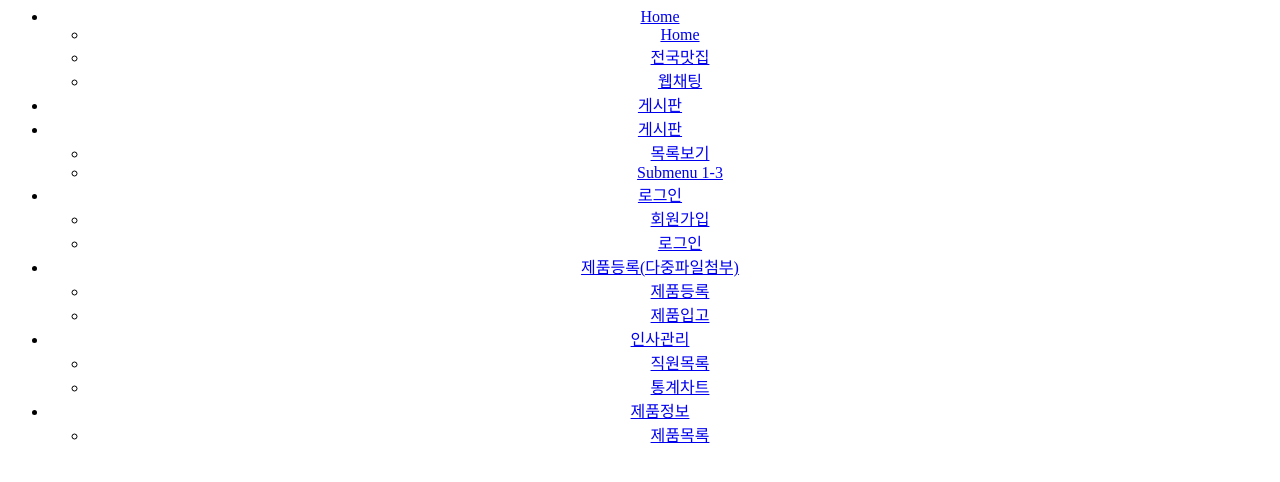
Repository: sser98/bowtech
Page: http://localhost/Board/WEB-INF/tiles/tile1/header.jsp
These files come from the project's save history. The page is drawn as it stood at one moment and after the next save; the edit follows.
The browser window is 1280 px wide. The pictures show the whole page.
The page is served by Tomcat 9. Nobody is signed in. Other server files are loaded and not shown. The template is opened directly, without the code that normally fills it, so the values that code supplies are empty.

Above is the page before, as saved 2021-02-03 17:48:35.

### Board/src/main/webapp/WEB-INF/tiles/tile1/header.jsp
<%@ page language="java" contentType="text/html; charset=UTF-8"
    pageEncoding="UTF-8"%>

<%@ page import="java.net.InetAddress"%>

<%@ taglib prefix="c" uri="http://java.sun.com/jsp/jstl/core" %>

<%-- ======= #27. tile1 중 header 페이지 만들기 (#26.번은 없다 샘이 장난침.) ======= --%>
<%
	String ctxPath = request.getContextPath();

	// === #172. (웹채팅관련3) ===
	// === 서버 IP 주소 알아오기(사용중인 IP주소가 유동IP 이라면 IP주소를 알아와야 한다.) ===
	InetAddress inet = InetAddress.getLocalHost();
	String serverIP = inet.getHostAddress();

 // System.out.println("serverIP : " + serverIP);
 // serverIP : 211.238.142.72

	// String serverIP = "211.238.142.72"; 만약에 사용중인 IP주소가 고정IP 이라면 IP주소를 직접입력해주면 된다.

	// === 서버 포트번호 알아오기   ===
	int portnumber = request.getServerPort();
 // System.out.println("portnumber : " + portnumber);
 // portnumber : 9090

	String serverName = "http://"+serverIP+":"+portnumber;
 // System.out.println("serverName : " + serverName);
 // serverName : http://211.238.142.72:9090
%>
<div align="center">
	<ul class="nav nav-tabs mynav">
		<li class="dropdown"><a class="dropdown-toggle"
			data-toggle="dropdown" href="#">Home <span class="caret"></span></a>
			<ul class="dropdown-menu">
				<li><a href="<%=ctxPath%>/index.action">Home</a></li>
				<li><a href="<%=ctxPath%>/deliciousStore.action">전국맛집</a></li>
				<li><a href="<%= serverName%><%=ctxPath%>/chatting/multichat.action">웹채팅</a></li>
			</ul></li>
		<li><a href="<%=ctxPath%>/list.action">게시판</a></li>
 		<li class="dropdown"><a class="dropdown-toggle"
			data-toggle="dropdown" href="#">게시판 <span class="caret"></span></a>
			<ul class="dropdown-menu">
				<li><a href="<%=ctxPath%>/list.action">목록보기</a></li>

		   <c:if test="${not empty sessionScope.loginuser}">
				<li><a href="<%=ctxPath%>/add.action">글쓰기</a></li>
		   	</c:if>

				<li><a href="#">Submenu 1-3</a></li>
			</ul></li>
		<li class="dropdown"><a class="dropdown-toggle"
			data-toggle="dropdown" href="#">로그인 <span class="caret"></span></a>
			<ul class="dropdown-menu">
				<c:if test="${empty sessionScope.loginuser}">
				<li><a href="#">회원가입</a></li>
				<li><a href="<%=ctxPath%>/login.action">로그인</a></li>
				</c:if>

				<c:if test="${not empty sessionScope.loginuser}">
				<li><a href="<%=ctxPath%>/myinfo.action">나의정보</a></li>
				<li><a href="<%=ctxPath%>/logout.action">로그아웃</a></li>
				</c:if>
			</ul></li>

		<!-- === #169. 제품등록(다중파일첨부)및 제품정보 메뉴 추가하기 === -->
   <%-- <c:if test="${sessionScope.loginuser.gradelevel == 10 }">  --%>
		<li class="dropdown"><a class="dropdown-toggle"
			data-toggle="dropdown" href="#">제품등록(다중파일첨부) <span class="caret"></span></a>
			<ul class="dropdown-menu">
			    <li><a href="<%=ctxPath%>/product/addProduct.action">제품등록</a></li>
				<li><a href="<%=ctxPath%>/product/storeProduct.action">제품입고</a></li>
			</ul></li>
   <%-- </c:if>   --%>

		<li class="dropdown"><a class="dropdown-toggle"
			data-toggle="dropdown" href="#">인사관리 <span class="caret"></span></a>
			<ul class="dropdown-menu">
				<li><a href="<%=ctxPath%>/emp/empList.action">직원목록</a></li>
				<li><a href="<%=ctxPath%>/emp/chart.action">통계차트</a></li>
			</ul>
		</li>

		<li class="dropdown"><a class="dropdown-toggle"
			data-toggle="dropdown" href="#">제품정보 <span class="caret"></span></a>
			<ul class="dropdown-menu">
				<li><a href="<%=ctxPath%>/product/listProduct.action">제품목록</a></li>
			</ul>
		</li>


	<!-- === #49. 로그인이 성공되어지면 로그인되어진 사용자의 이메일 주소를 출력하기 === -->
	<c:if test="${not empty sessionScope.loginuser}">
		<div style="float: right; margin-top: 0.5%; border: solid 0px red;">
		  <span style="color: navy; font-weight: bold; font-size: 10pt;">${sessionScope.loginuser.email}</span> 님 로그인중..
		</div>
	</c:if>

	</ul>
</div>

After the next save:
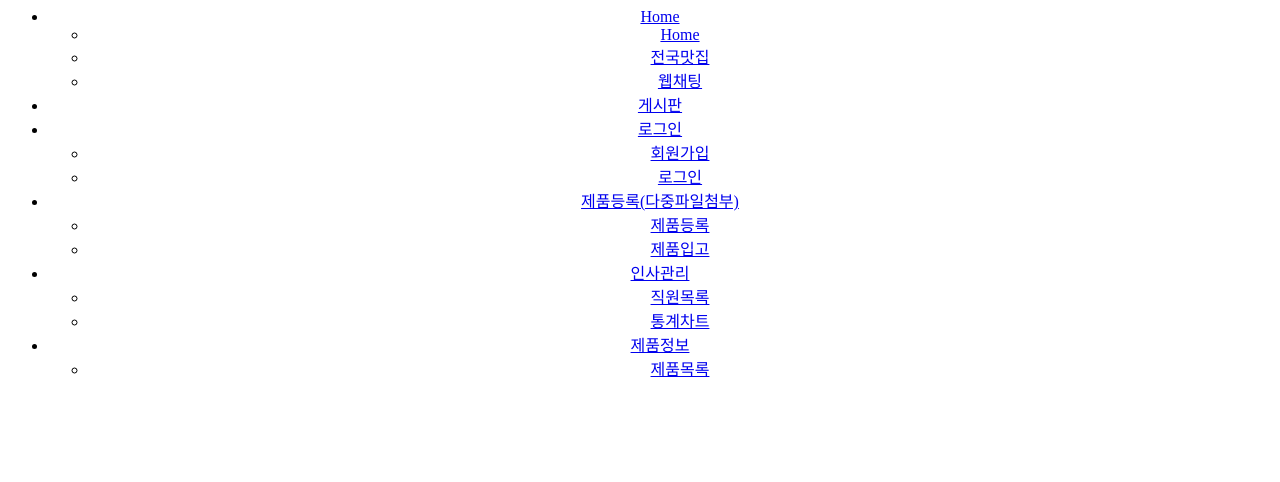
Saved 40 s later.
--- a/Board/src/main/webapp/WEB-INF/tiles/tile1/header.jsp
+++ b/Board/src/main/webapp/WEB-INF/tiles/tile1/header.jsp
@@ -38,7 +38,8 @@
 				<li><a href="<%= serverName%><%=ctxPath%>/chatting/multichat.action">웹채팅</a></li>
 			</ul></li>
 		<li><a href="<%=ctxPath%>/list.action">게시판</a></li>
- 		<li class="dropdown"><a class="dropdown-toggle"
+
+<%--  		<li class="dropdown"><a class="dropdown-toggle"
 			data-toggle="dropdown" href="#">게시판 <span class="caret"></span></a>
 			<ul class="dropdown-menu">
 				<li><a href="<%=ctxPath%>/list.action">목록보기</a></li>
@@ -48,7 +49,7 @@
 		   	</c:if>
 
 				<li><a href="#">Submenu 1-3</a></li>
-			</ul></li>
+			</ul></li> --%>
 		<li class="dropdown"><a class="dropdown-toggle"
 			data-toggle="dropdown" href="#">로그인 <span class="caret"></span></a>
 			<ul class="dropdown-menu">
